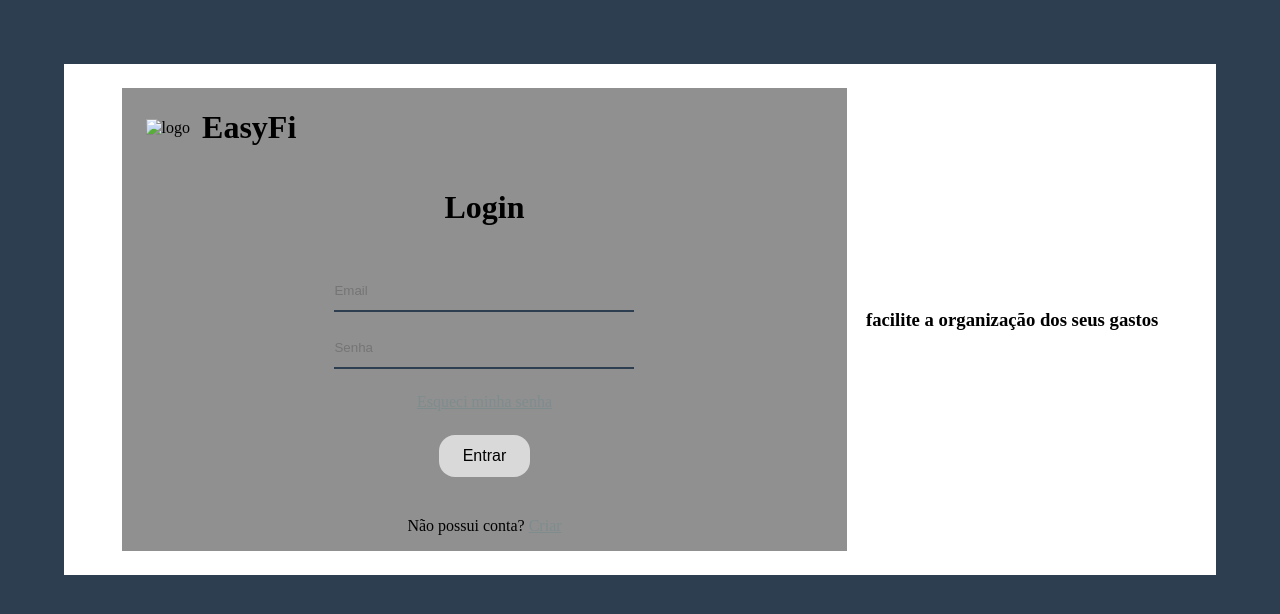
Repository: Ingridiag/projeto-engenharia
Page: login.html
These files come from the project's save history. The page is drawn as it stood at one moment and after a run of saves; the edit follows.
The browser window is 1280 px wide. The pictures show the whole page.
The pointer rests on the first visible `.btn-default button`.

Above is the page before, as saved 2024-10-28 15:53:25.

After the next 3 saves:
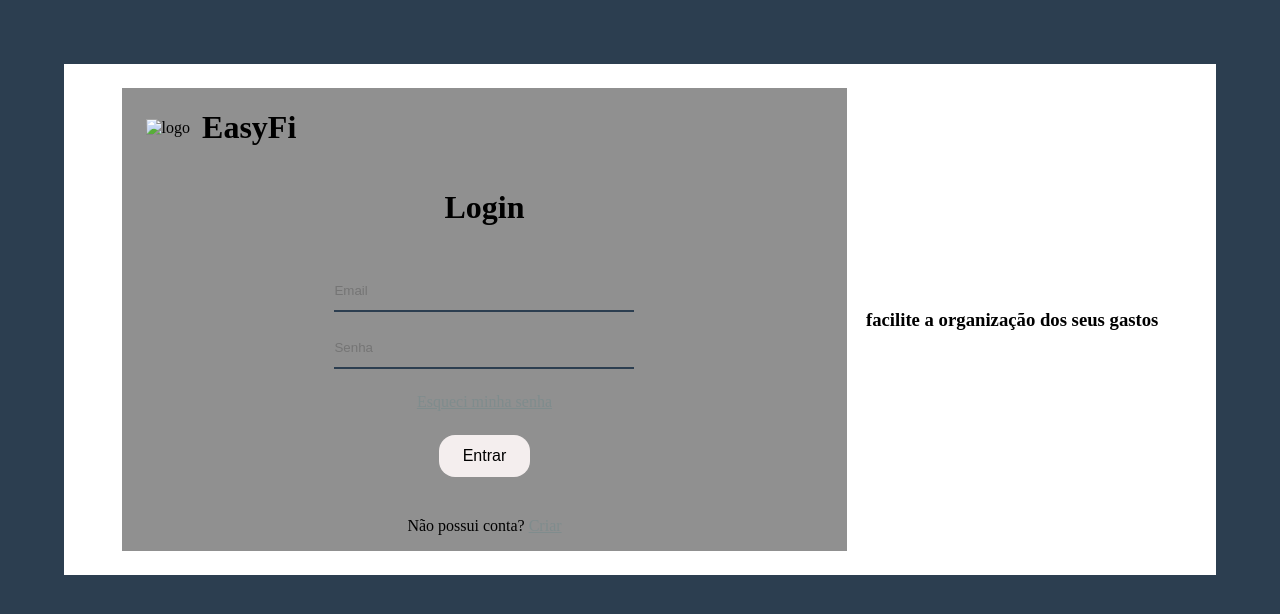
The 3 saves are shown as one change because they came seconds apart.
The last was saved 61 s later.
--- a/style.css
+++ b/style.css
@@ -67,7 +67,7 @@ body {
     cursor: pointer;
 }
 .btn-default button:hover{
-    background:
+    background: #F4EEEE;
 }
 
 .cadastro{
